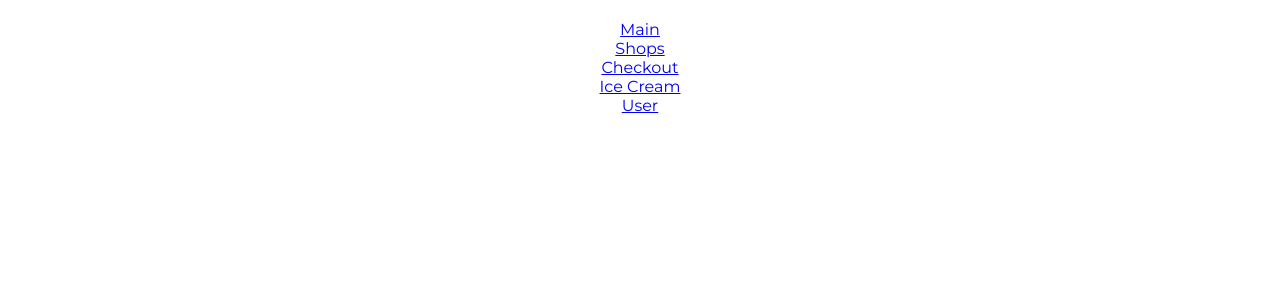
Repository: squirrellypenguin/Frozzy-React-Frontend
Page: /user
An editor plug-in stored every save of this project. The page is shown before and after the next save, followed by the edit.
The browser window is 1280 px wide. The pictures show the whole page.
The page's requests for data from a server got no answer. The project was rebuilt for these pictures with package versions that can differ from the ones it lists, and the page was loaded fresh each time. No one was signed in, and anything a server would have sent is missing. Also part of the build but not shown: src/pages/checkout.js, src/pages/icecream.js, src/pages/edituser.js, src/pages/shop.js. Imported but missing from the stored project, and not drawn on this page: src/pages/main.

Above is the page before, as saved 2021-05-25 14:53:38.

After the next save:
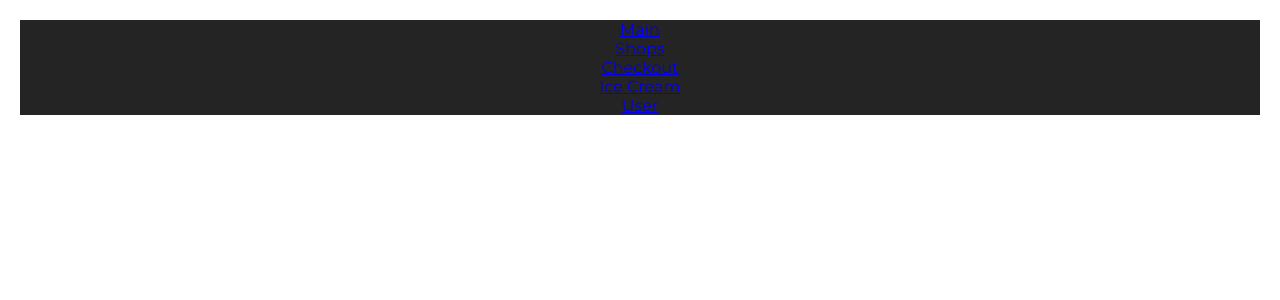
Saved 61 s later.
--- a/src/App.css
+++ b/src/App.css
@@ -1,5 +1,6 @@
 .App {
   text-align: center;
+  background-color: #242424;
 }
 
 .App-logo {
